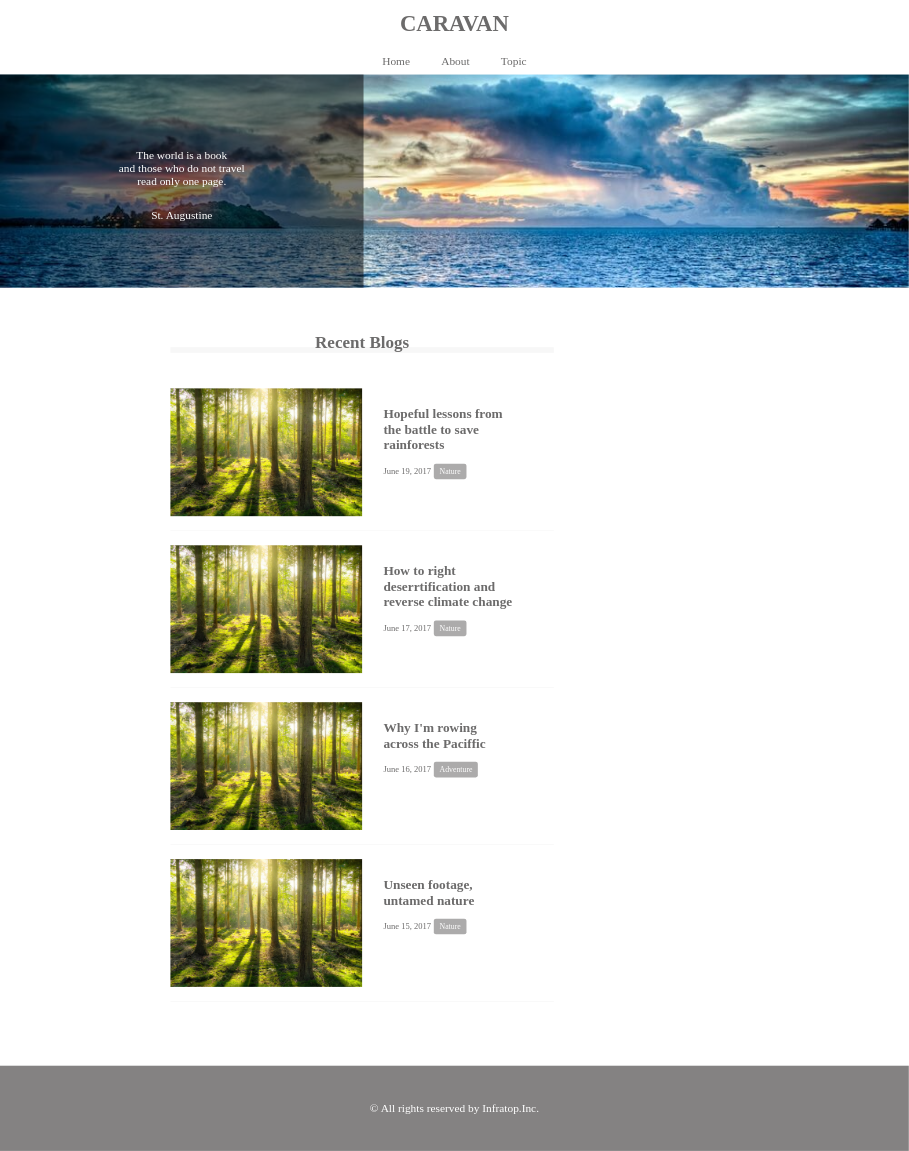
Repository: RAM-OK/git-practice
Page: caravan/index.html
The author's editor kept a record of every edit. The page is drawn from the files as they stood at one moment, then again after the next edit.
The browser window is 1280 px wide. The pictures show the whole page, at 71% of full size.

Above is the page before.

### caravan/index.html
<!DOCTYPE html>
<html lang="ja">
  <head>
    <meta charset="UTF-8" />
    <!-- CSSファイルの読み込み -->
    <link rel="stylesheet" href="style.css" />
    <title>CARAVAN</title>
  </head>

  <body>
    <!-- header -->
    <header>
      <h1 class="heading">
        <a href="index.html">
          CARAVAN
        </a>
      </h1>
    </header>

    <!-- navigation -->
    <nav>
      <ul class="nav-list">
        <li class="nav-list-item">
          <a href="index.html">Home</a>
        </li>
        <li class="nav-list-item">About</li>
        <li class="nav-list-item">Topic</li>
        </ul>
    </nav>

    <!-- main-visual用のdiv -->
    <div class="main-visual">
      <div class="main-visual-content">
    <p class="main-visual-text">
      The world is a book<br />
      and those who do not travel<br />
      read only one page.
    </p>
    <p class="main-visual-name">
      St. Augustine
    </p>
    　</div>
    </div>

    <!-- main用のdiv -->
    <main>
      <section class="blog">
        <h2 class="blog-heading">Recent Blogs</h2>
        <div class="blog-box">
        <div class="blog-item">
          <img class="blog-image" src="img/forest.jpg">
          <section class="blog-text">
            <h3 class="blog-text-heading">
              <a href="single.html">
                Hopeful lessons from<br />
                the battle to save<br />
                rainforests
              </a>
            </h3>
            <p class="blog-date">June 19, 2017</p>
            <span class="category">Nature</span>
          </section>
        </div>
        <div class="blog-item">
          <img class="blog-image" src="img/forest.jpg">
          <section class="blog-text">
            <h3 class="blog-text-heading">
              <a href="single.html">
                How to right<br />
                deserrtification and<br />
                reverse climate change
              </a>
            </h3>
            <p class="blog-date">June 17, 2017</p>
            <span class="category">Nature</span>
          </section>
        </div>
        <div class="blog-item">
          <img class="blog-image" src="img/forest.jpg">
          <section class="blog-text">
            <h3 class="blog-text-heading">
              <a href="single.html">
                Why I'm rowing<br />
                across the Paciffic<br />
              </a>
            </h3>
            <p class="blog-date">June 16, 2017</p>
            <span class="category">Adventure</span>
          </section>
        </div>
        <div class="blog-item">
          <img class="blog-image" src="img/forest.jpg">
          <section class="blog-text">
            <h3 class="blog-text-heading">
              <a href="single.html">
                Unseen footage,<br />
                untamed nature
              </a>
            </h3>
            <p class="blog-date">June 15, 2017</p>
            <span class="category">Nature</span>
          </section>
        </div>

        </div>
       </div>
      </section>
      <div class="sidebar"></div>
    </main>

    <!-- footer -->
    <footer>
      <p class="footer-text">︎© All rights reserved by Infratop.Inc. </p>
    </footer>
  </body>
</html>

### caravan/style.css
/* ブラウザがそれぞれ持っているCSSをリセットするための記述 */
* {
  margin: 0;
  padding: 0;
  box-sizing: border-box;
  color: #6c6b6b;
}

a {
  text-decoration: none;
}

header {
  width: 90%; /* 横幅90% */
  padding: 15px 0;
  margin: 0 auto;
  text-align: center;
}

header .heading { /* headerタグ内のheadingクラスにのみ反映される */
 font-size: 32px;
}

.nav-list {
  text-align: center;
  padding: 10px 0;
  margin: 0 auto;
}

.nav-list-item {
  list-style: none;
  display: inline-block;
  margin: 0 20px;
}

.main-visual {
  width: 100%; /* 横幅いっぱい */
  height: 300px; /* 高さ300px */
  background-image: url(img/mv.jpg);
  background-size: cover; /* 縦横比を維持したまま背景領域を埋め尽くす */
  background-position: center; /* 背景画像を中央に配置 */
}

.main-visual-content {
  width: 40%; /* 横幅40% */
  height: 300px; /* 親の高さに揃える */
  background-color: rgba(0,0,0,0.5); /* 背景色を半透明の黒にする */
  text-align: center; /* 文字を中央揃えにする */
  padding-top: 105px; /* 上側の内側余白で垂直方向の位置を調整 */
}

.main-visual-text {
  color: #fff; /* 文字色を白に変更 */
}

.main-visual-name {
  margin-top: 30px; /* 上側の外側の余白 */
  color: #fff; /* 文字色を白に変更 */
}

main {
 width: 800px; /* 横幅800px */
 display: flex; /* Flexboxの利用 */
 justify-content: center; /* 要素横並び・中央寄せ */
 margin: 0 auto; /* 要素の中央揃え */
 padding: 70px 0; /* 上下に70px、左右に0pxの余白 */
}

.blog {
  width: 540px;
  margin-right: 30px; /* 領域の右側余白 */
}

.blog-heading {
  border-bottom: 8px solid #f7f7f7;
  text-align: center;
  line-height: 0.6;
}

.blog-box {
  padding-top: 50px;
}

.blog-item {
  padding-bottom: 20px;
  margin-bottom: 20px;
  border-bottom: 1px solid #f7f7f7;
  display: flex;
  justify-content: flex-start;
}

.blog-image {
  height: 180px;
}

.blog-text {
  padding: 25px 0 0 30px;
}

.blog-text-heading {
  padding-bottom: 15px;
}

.blog-date {
  font-size: 12px;
  display: inline-block;
}

.category {
  display: inline-block;
  padding: 5px 8px;
  background-color: #acabab;
  border-radius: 3px;
  color: #fff;
  font-size: 11px;
}

.sidebar {
  width: 230px;
}

footer {
  width: 100%;
  height: 120px;
  text-align: center;
  line-height: 120px;
  background-color: #848282;
}

.footer-text {
  color: #fff;
}

After the next edit:
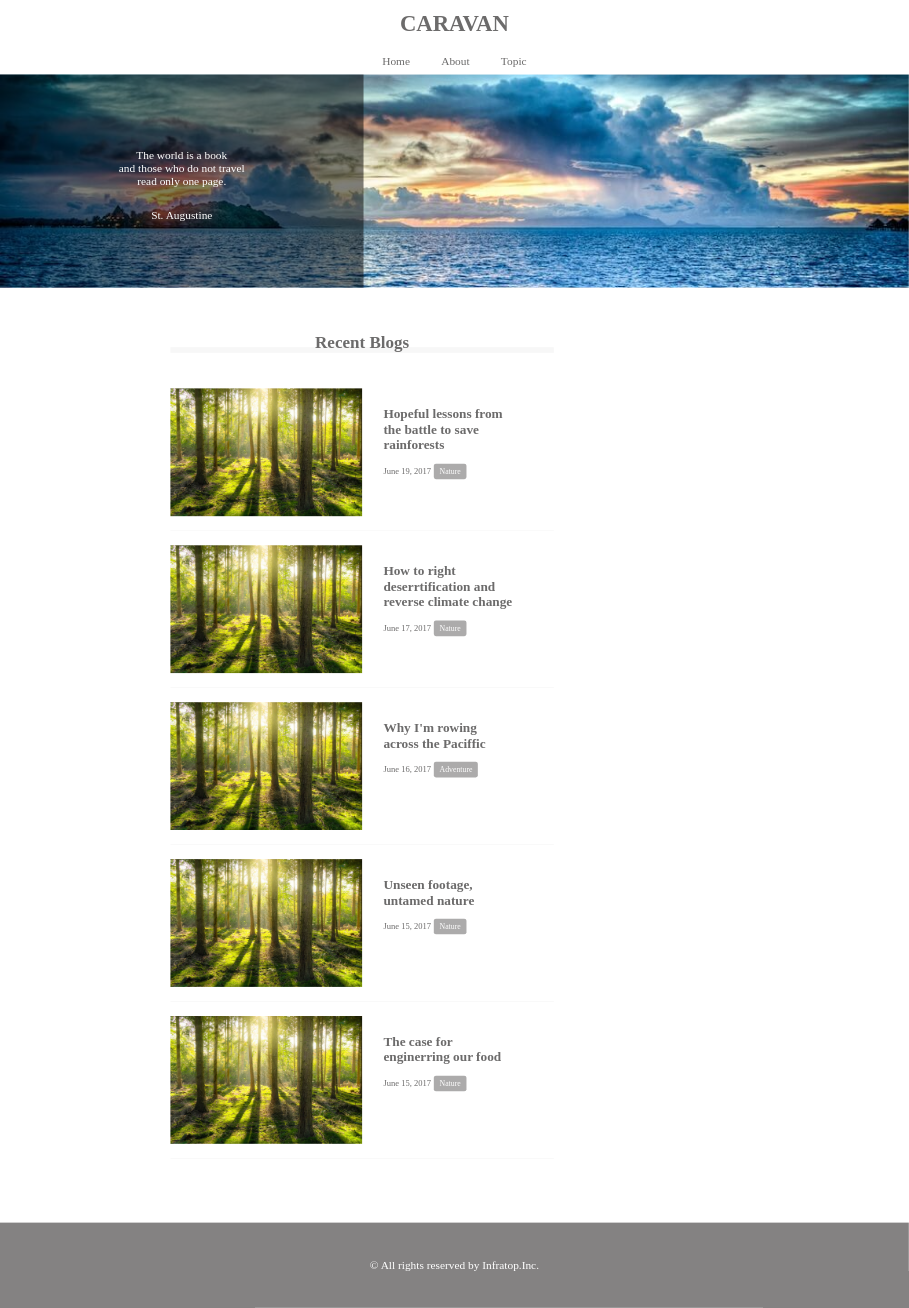
The edit:
--- a/caravan/index.html
+++ b/caravan/index.html
@@ -101,7 +101,19 @@
             <span class="category">Nature</span>
           </section>
         </div>
-
+        <div class="blog-item">
+          <img class="blog-image" src="img/forest.jpg">
+          <section class="blog-text">
+            <h3 class="blog-text-heading">
+              <a href="single.html">
+                The case for<br />
+                enginerring our food
+              </a>
+            </h3>
+            <p class="blog-date">June 15, 2017</p>
+            <span class="category">Nature</span>
+          </section>
+        </div>
         </div>
        </div>
       </section>
